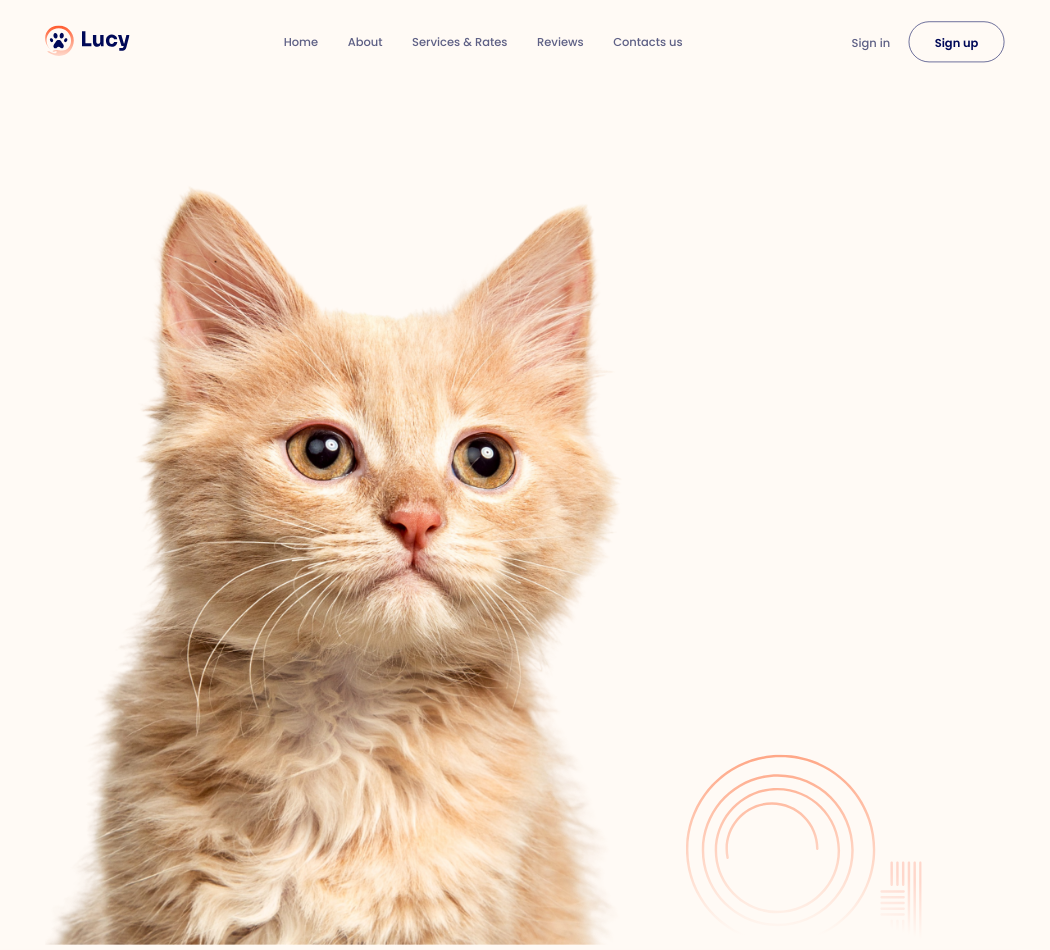
Repository: empty24062002/f8-project-05
Page: index.html
An editor plug-in stored every save of this project. The page is shown before and after the next save, followed by the edit.
The browser window is 1280 px wide. The pictures show the whole page, at 82% of full size.

Above is the page before, as saved 2023-09-09 17:16:09.

### index.html
<!DOCTYPE html>
<html lang="en">
    <head>
        <meta charset="UTF-8" />
        <meta name="viewport" content="width=device-width, initial-scale=1.0" />
        <title>Lucy</title>
        <!-- favicon -->
        <link
            rel="apple-touch-icon"
            sizes="57x57"
            href="./assets/favicon/apple-icon-57x57.png"
        />
        <link
            rel="apple-touch-icon"
            sizes="60x60"
            href="./assets/favicon/apple-icon-60x60.png"
        />
        <link
            rel="apple-touch-icon"
            sizes="72x72"
            href="./assets/favicon/apple-icon-72x72.png"
        />
        <link
            rel="apple-touch-icon"
            sizes="76x76"
            href="./assets/favicon/apple-icon-76x76.png"
        />
        <link
            rel="apple-touch-icon"
            sizes="114x114"
            href="./assets/favicon/apple-icon-114x114.png"
        />
        <link
            rel="apple-touch-icon"
            sizes="120x120"
            href="./assets/favicon/apple-icon-120x120.png"
        />
        <link
            rel="apple-touch-icon"
            sizes="144x144"
            href="./assets/favicon/apple-icon-144x144.png"
        />
        <link
            rel="apple-touch-icon"
            sizes="152x152"
            href="./assets/favicon/apple-icon-152x152.png"
        />
        <link
            rel="apple-touch-icon"
            sizes="180x180"
            href="./assets/favicon/apple-icon-180x180.png"
        />
        <link
            rel="icon"
            type="image/png"
            sizes="192x192"
            href="./assets/favicon/android-icon-192x192.png"
        />
        <link
            rel="icon"
            type="image/png"
            sizes="32x32"
            href="./assets/favicon/favicon-32x32.png"
        />
        <link
            rel="icon"
            type="image/png"
            sizes="96x96"
            href="./assets/favicon/favicon-96x96.png"
        />
        <link
            rel="icon"
            type="image/png"
            sizes="16x16"
            href="./assets/favicon/favicon-16x16.png"
        />
        <link rel="manifest" href="./assets/favicon/manifest.json" />
        <meta name="msapplication-TileColor" content="#ffffff" />
        <meta
            name="msapplication-TileImage"
            content="./assets/favicon/ms-icon-144x144.png"
        />
        <meta name="theme-color" content="#ffffff" />
        <!-- reset CSS -->
        <link rel="stylesheet" href="./assets/css/reset.css" />
        <!-- embed font -->
        <link rel="preconnect" href="https://fonts.googleapis.com" />
        <link rel="preconnect" href="https://fonts.gstatic.com" crossorigin />
        <link
            href="https://fonts.googleapis.com/css2?family=Poppins:wght@300;400;500;600&family=Sora:wght@600;700;800&display=swap"
            rel="stylesheet"
        />
        <!-- style css -->
        <link rel="stylesheet" href="./assets/css/styles.css" />
    </head>
    <body>
        <!-- header -->
        <header class="header">
            <div class="container">
                <div class="header__inner">
                    <!-- logo -->
                    <a href="#!">
                        <img
                            src="./assets/img/logo.svg"
                            alt="Lucy"
                            class="header__logo"
                        />
                    </a>
                    <!-- navbar -->
                    <nav class="navbar">
                        <ul class="navbar__list">
                            <li class="navbar__item">
                                <a href="#!" class="navbar__link"> Home </a>
                            </li>
                            <li class="navbar__item">
                                <a href="#!" class="navbar__link"> About </a>
                            </li>
                            <li class="navbar__item">
                                <a href="#!" class="navbar__link"
                                    >Services & Rates
                                </a>
                            </li>
                            <li class="navbar__item">
                                <a href="#!" class="navbar__link"> Reviews </a>
                            </li>
                            <li class="navbar__item">
                                <a href="#!" class="navbar__link">
                                    Contacts us
                                </a>
                            </li>
                        </ul>
                    </nav>
                    <!-- header action -->
                    <div class="header-action">
                        <a href="#!" class="header-action__link">Sign in</a>
                        <a href="#!" class="btn header-action__btn">Sign up</a>
                    </div>
                </div>
            </div>
        </header>
        <!-- hero -->
        <section class="hero">
            <div class="container">
                <div class="hero__inner">
                    <!-- hero media -->
                    <div class="hero__media">
                        <div class="hero__img-wrap">
                            <img
                                src="./assets/img/hero__img1.png"
                                alt=""
                                class="hero__img"
                            />

                            <!-- Decorators -->
                            <img
                                src="./assets/img/decor__01.svg"
                                alt=""
                                class="hero__decor"
                            />
                            <img
                                src="./assets/img/decor__02.svg"
                                alt=""
                                class="hero__decor"
                            />
                        </div>
                    </div>
                    <!-- hero content -->
                    <section class="hero__content"></section>
                </div>
            </div>
        </section>
    </body>
</html>

### assets/css/styles.css
* {
    box-sizing: border-box;
}

html {
    font-size: 62.5%;
}

body {
    font-size: 1.6rem;
    font-family: "Poppins", sans-serif;
    background: #fffaf5;
}

/* common */

h1,
h2,
h3,
h4,
h5,
h6 {
    font-family: "Sora", sans-serif;
}

input,
textarea,
select,
button {
    font-size: inherit;
    font-family: inherit;
}

a {
    text-decoration: none;
}

.container {
    width: 1170px;
    max-width: calc(100% - 48px);
    margin: 0 auto;
}

.btn {
    --height: 56px;

    display: inline-block;
    min-width: 130px;
    height: var(--height);
    line-height: var(--height);
    border: 1px solid rgb(0, 9, 88, 0.7);
    border-radius: 99px;
    color: #000958;
    text-align: center;
    font-size: 1.4rem;
    font-weight: 600;
}

.btn:hover {
    opacity: 0.8;
}

/* header */
.header {
    padding: 26px 0;
}

.header__inner {
    display: flex;
    justify-content: space-between;
    align-items: center;
}

.navbar__list {
    display: flex;
}

.navbar__link,
.header-action__link {
    padding: 8px 18px;
    color: #5e6085;
    font-size: 1.4rem;
    font-weight: 500;
    line-height: 1; /* 100% */
}

.navbar__link:hover {
    color: #000958;
    text-shadow: 1px 0 0 currentColor;
}

.header-action__btn {
    --height: 50px;

    min-width: 117px;
}

/* hero */
.hero {
    margin-top: 74px;
}

.hero__inner {
    display: flex;
    justify-content: space-between;
    align-items: center;
}

Loaded but not shown: assets/css/reset.css (common file)

After the next save:
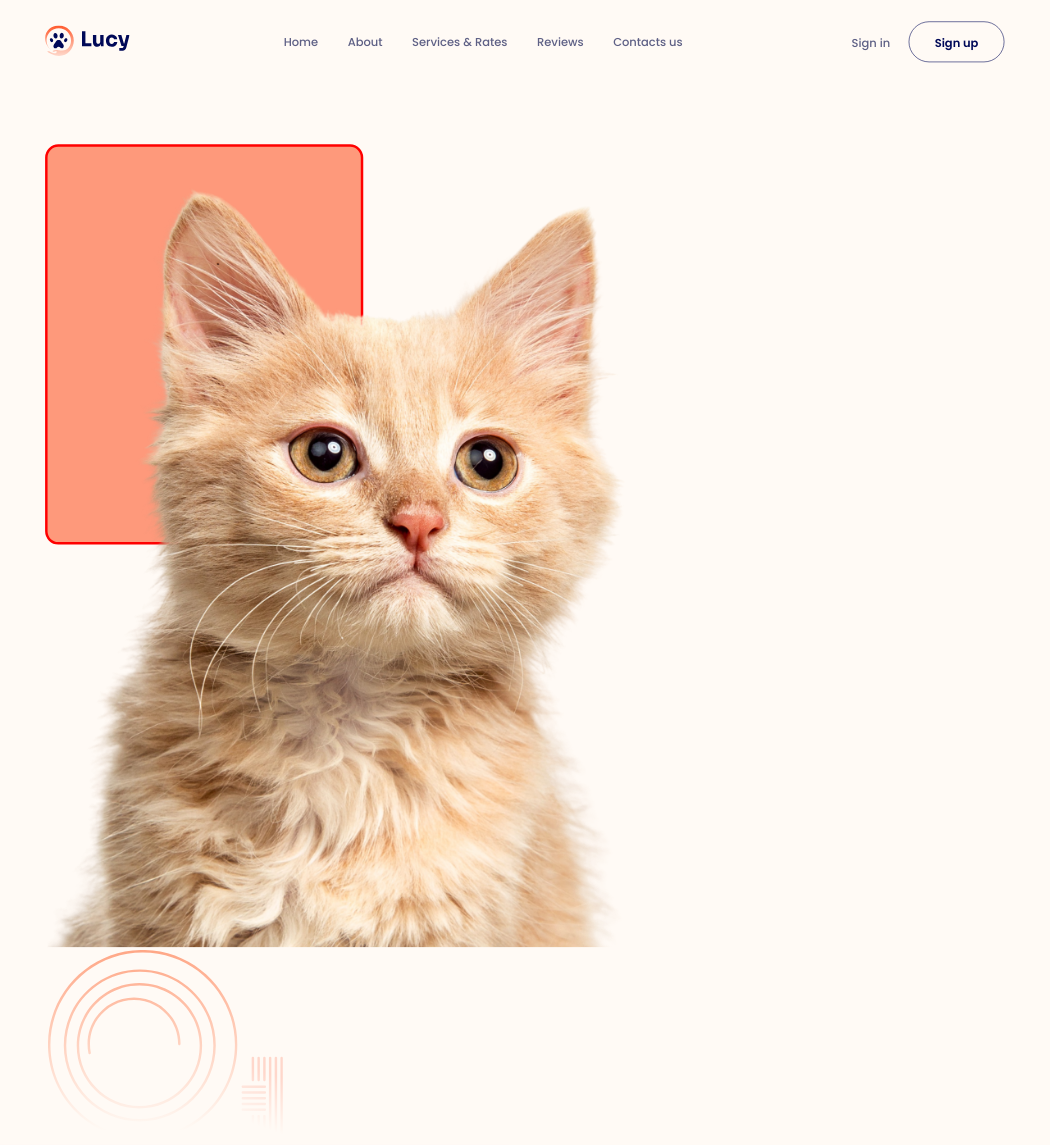
Saved 74 s later.
--- a/assets/css/styles.css
+++ b/assets/css/styles.css
@@ -105,3 +105,11 @@ a {
     justify-content: space-between;
     align-items: center;
 }
+
+.hero__img-wrap {
+    width: 388px;
+    height: 488px;
+    border: 3px solid red;
+    border-radius: 16px;
+    background: #fe997b;
+}
